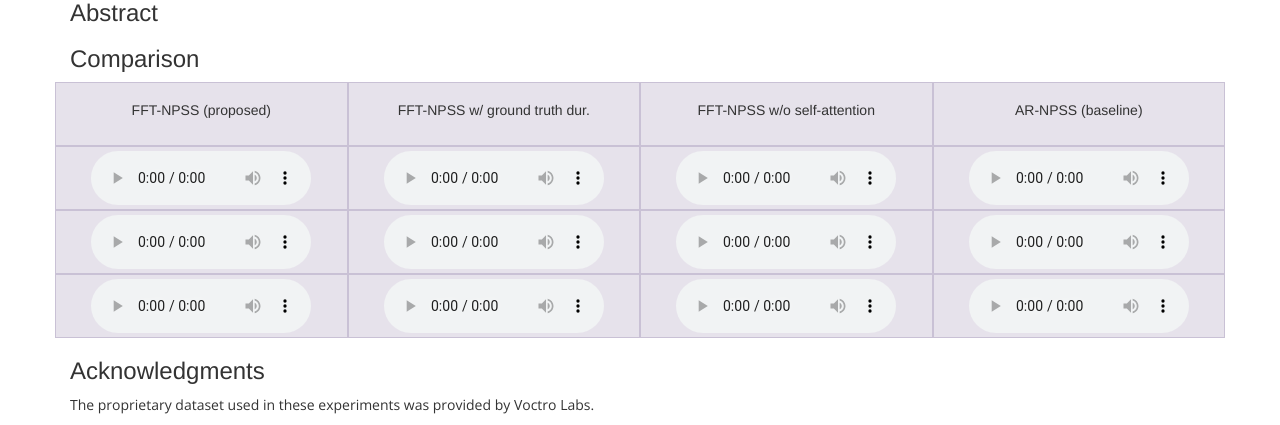
Repository: PeterGuoRuc/SVS_pe.github.io
Page: index.html
The author's editor kept a copy of each file at every save. The page is drawn from the files as they stood at one save, then again after the next save.
The browser window is 1280 px wide. The pictures show the part of the page from y = 579 to 1034 px (the page is 1004 px tall before and 1034 px after).
A picture or video elsewhere on the page could not be fetched, so the positions and the page height are approximate.

Above is the page before, as saved 2021-06-06 16:33:56.

### index.html
<!DOCTYPE html>
<html lang="en">
  <head>
    <meta charset="utf-8">
    <meta http-equiv="X-UA-Compatible" content="IE=edge">
    <meta name="viewport" content="width=device-width, initial-scale=1">
    <meta name="description" content="">
    <meta name="author" content="">
    <link rel="shortcut icon" type="image/x-icon" href="../favicon.ico">

    <title>SEQUENCE-TO-SEQUENCE SINGING VOICE SYNTHESIS WITH PERCEPTUAL ENTROPY LOSS</title>

    <!-- Fonts -->
    <link href="https://fonts.googleapis.com/css?family=Abril+Fatface|Open+Sans" rel="stylesheet">

    <!-- Bootstrap core CSS -->
    <!--<link href="bootstrap/dist/css/bootstrap.min.css" rel="stylesheet">-->
    <link href="https://maxcdn.bootstrapcdn.com/bootstrap/3.3.7/css/bootstrap.min.css" rel="stylesheet">

    <!-- IE10 viewport hack for Surface/desktop Windows 8 bug -->
    <!--<link href="bootstrap/assets/css/ie10-viewport-bug-workaround.css" rel="stylesheet">-->
    <link href="https://maxcdn.bootstrapcdn.com/css/ie10-viewport-bug-workaround.css" rel="stylesheet">

    <!-- Custom styles for this template -->
    <link href="poster.css" rel="stylesheet">

    <!-- Just for debugging purposes. Don't actually copy these 2 lines! -->
    <!--[if lt IE 9]><script src="bootstrap/assets/js/ie8-responsive-file-warning.js"></script><![endif]-->
    <!--<script src="bootstrap/assets/js/ie-emulation-modes-warning.js"></script>-->

    <!-- HTML5 shim and Respond.js for IE8 support of HTML5 elements and media queries -->
    <!--[if lt IE 9]>
      <script src="https://oss.maxcdn.com/html5shiv/3.7.3/html5shiv.min.js"></script>
      <script src="https://oss.maxcdn.com/respond/1.4.2/respond.min.js"></script>
    <![endif]-->
  </head>

  <body>
    <div class="container">

      <div class="page-header">
        <h1>
          SEQUENCE-TO-SEQUENCE SINGING VOICE SYNTHESIS WITH PERCEPTUAL ENTROPY LOSS
        </h1>
        <p class="centered">Contact: {shuaiguo}</p>
        <p class="lead">
          <a class="lead_link" href="https://arxiv.org/abs/2010.12024">[arXiv preprint]</a>
        </p>
        <p class="centered">Presented at ICASSP 2021</p>
      </div>


      <center><img src="images/model_arch.png"/></center>

      <h3>Abstract</h3>

      <h3>Comparison</h3>
      <div class="row">
        <div class="col-md-3">FFT-NPSS (proposed)</div>
        <div class="col-md-3">FFT-NPSS w/ ground truth dur.</div>
        <div class="col-md-3">FFT-NPSS w/o self-attention</div>
        <div class="col-md-3">AR-NPSS (baseline)</div>
      </div>
      <div class="row">
        <div class="col-md-3"><audio src="files/1_Feel_4.mp3" controls></audio></div>
        <div class="col-md-3"><audio src="files/2_Feel_4.mp3" controls></audio></div>
        <div class="col-md-3"><audio src="files/3_Feel_4.mp3" controls></audio></div>
        <div class="col-md-3"><audio src="files/4_Feel_4.mp3" controls></audio></div>
      </div>
      <div class="row">
        <div class="col-md-3"><audio src="files/1_Feel_19.mp3" controls></audio></div>
        <div class="col-md-3"><audio src="files/2_Feel_19.mp3" controls></audio></div>
        <div class="col-md-3"><audio src="files/3_Feel_19.mp3" controls></audio></div>
        <div class="col-md-3"><audio src="files/4_Feel_19.mp3" controls></audio></div>
      </div>
      <div class="row">
        <div class="col-md-3"><audio src="files/1_Rio_8.mp3" controls></audio></div>
        <div class="col-md-3"><audio src="files/2_Rio_8.mp3" controls></audio></div>
        <div class="col-md-3"><audio src="files/3_Rio_8.mp3" controls></audio></div>
        <div class="col-md-3"><audio src="files/4_Rio_8.mp3" controls></audio></div>
      </div>

      <h3>Acknowledgments</h3>
      <p>The proprietary dataset used in these experiments was provided by Voctro Labs.</p>


    </div> <!-- /container -->


    <!-- IE10 viewport hack for Surface/desktop Windows 8 bug -->
    <!--<script src="bootstrap/assets/js/ie10-viewport-bug-workaround.js"></script>-->
    <script src="https://maxcdn.bootstrapcdn.com/js/ie10-viewport-bug-workaround.js"></script>
  </body>
</html>

### poster.css

p {
  font-family: 'Open Sans', sans-serif;
  margin: 10px 0 10px;
}

.lead_link {
  margin: 0 5px 0 5px;
}

.lead {
  text-align: center;
  margin-bottom: 0;
}

.centered {
  text-align: center;
}

.image_title {
  text-align: center;
}

img.figure {
  display: block;
  margin-left: auto;
  margin-right: auto;
  max-width: 100%;
}

h1 {
  /* font-family: 'Abril Fatface', cursive; */
  text-align: center;
}

h4 {
  margin-top: 25px;
}
.row {
  margin-bottom: 0px;
  position: relative;
}

/* vertically center audio players */
.row audio {
    position: absolute;
    top: 0;
    left: 0;
    bottom: 0;
    right: 0;
    margin: auto;
    display: block;
    width: 220px;
}

[class*="col-"] {
  padding-top: 17px;
  padding-bottom: 17px;
  background-color: #eee;
  background-color: rgba(86,61,124,.15);
  border: 1px solid #ddd;
  border: 1px solid rgba(86,61,124,.2);
  height: 64px;
  text-align: center;
}

hr {
  margin-top: 40px;
  margin-bottom: 40px;
}

After the next save:
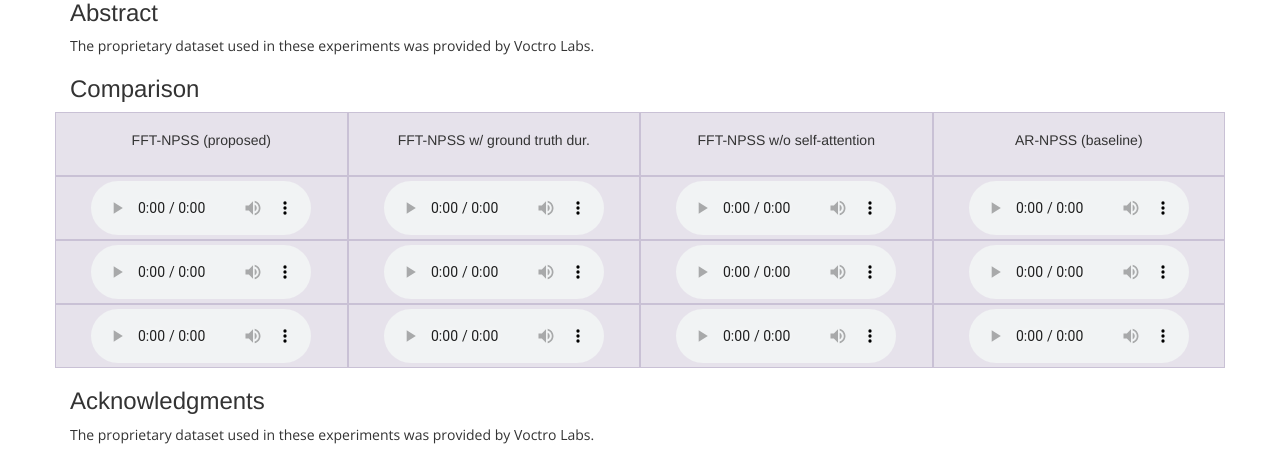
Saved 36 s later.
--- a/index.html
+++ b/index.html
@@ -53,6 +53,7 @@
       <center><img src="images/model_arch.png"/></center>
 
       <h3>Abstract</h3>
+      <p>The proprietary dataset used in these experiments was provided by Voctro Labs.</p>
 
       <h3>Comparison</h3>
       <div class="row">
